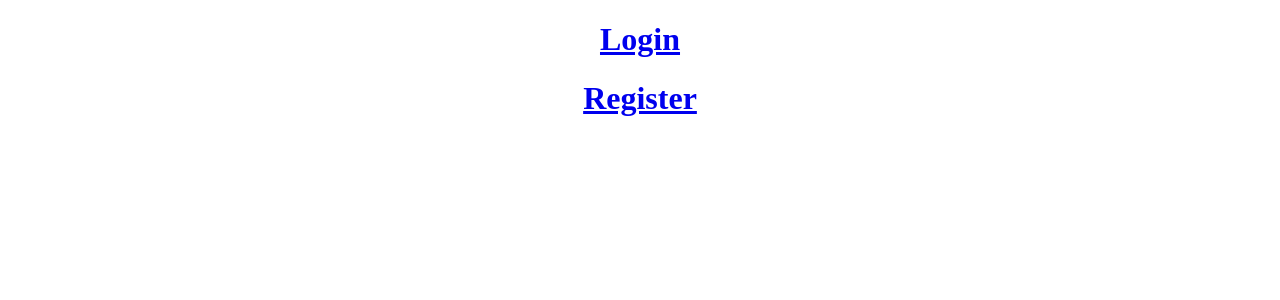
Repository: Hashim-Ansari-82/Servlet-And-JSP
Page: FirstServletDemo/src/main/webapp/index.html
An editor plug-in stored every save of this project. The page is shown before and after the next save, followed by the edit.
The browser window is 1280 px wide. The pictures show the whole page.

Above is the page before, as saved 2026-06-01 18:17:02.

### FirstServletDemo/src/main/webapp/index.html
<!DOCTYPE html>
<html>
<head>
<meta charset="UTF-8">
<title>Insert title here</title>

</head>
<body>
<h1 style="text-align:center">
<a href="login">Login</a>
</h1>
<h1 style="text-align:center">
<a href="register">Register</a>
</h1>
</body>
</html>

After the next save:
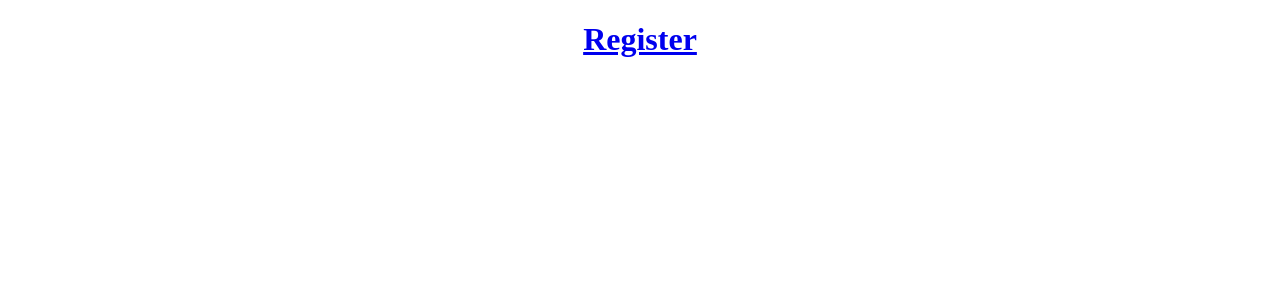
Saved 26 min 45 s later.
--- a/FirstServletDemo/src/main/webapp/index.html
+++ b/FirstServletDemo/src/main/webapp/index.html
@@ -6,9 +6,7 @@
 
 </head>
 <body>
-<h1 style="text-align:center">
-<a href="login">Login</a>
-</h1>
+<form action="register" method="get"></form>
 <h1 style="text-align:center">
 <a href="register">Register</a>
 </h1>
